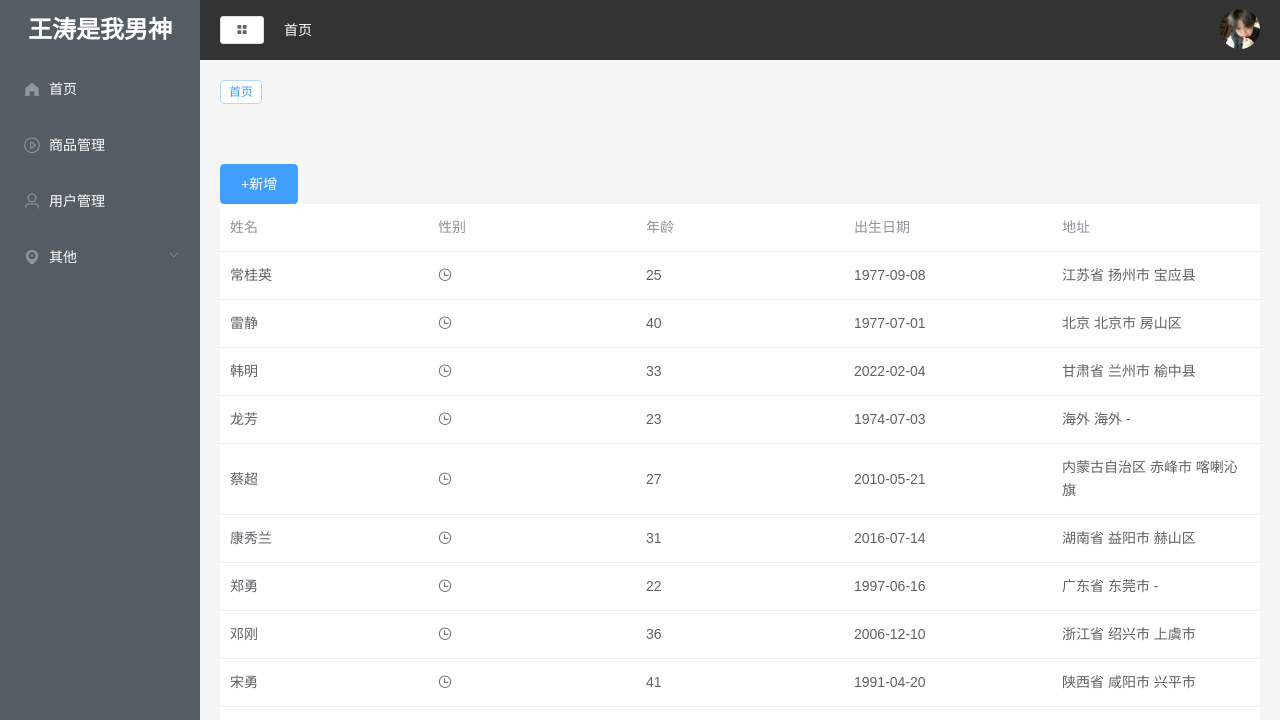
Repository: wangtao20230308/-
Page: /user
An editor plug-in stored every save of this project. The page is shown before and after the next save, followed by the edit.
The browser window is 1280 px wide. The pictures show the whole page.
An inner scrolling area shows only its first screen. The project was rebuilt for these pictures with package versions that can differ from the ones it lists, and the page was loaded fresh each time. Also part of the build but not shown: src/views/Home.vue, src/views/Mall.vue, src/views/PageOne.vue, src/views/PageTwo.vue.

Above is the page before, as saved 2023-03-24 15:22:23.

### src/main.js
import Vue from 'vue'
import App from './App.vue'
// //element-ui全局引入
// import ElementUI from 'element-ui';
// import 'element-ui/lib/theme-chalk/index.css';
// //element-ui转换成一个插件
// Vue.use(ElementUI);

//ele按需导入
import { DatePicker, Select, Option, Form, FormItem, Input, Dialog, Tag, Breadcrumb, BreadcrumbItem, Table, TableColumn, Col, Row, Card, Button, Radio, Container, Aside, Header, Main, Menu, Submenu, MenuItemGroup, MenuItem, Dropdown, DropdownMenu, DropdownItem } from 'element-ui'
import 'element-ui/lib/theme-chalk/index.css'
import './assets/less/index.less'
Vue.use(Button)
Vue.use(Radio)
Vue.use(Container)
Vue.use(Aside)
Vue.use(Header)
Vue.use(Main)
Vue.use(Menu)
Vue.use(Submenu)
Vue.use(MenuItemGroup)
Vue.use(MenuItem)
Vue.use(Dropdown)
Vue.use(DropdownMenu)
Vue.use(DropdownItem)
Vue.use(Card)
Vue.use(Row)
Vue.use(Col)
Vue.use(Table)
Vue.use(TableColumn)
Vue.use(Breadcrumb)
Vue.use(BreadcrumbItem)
Vue.use(Tag)
Vue.use(Dialog)
Vue.use(Form)
Vue.use(FormItem)
Vue.use(Input)
Vue.use(Select)
Vue.use(Option)
Vue.use(DatePicker)

//路由引入
import router from './router'
import store from './store'
import './api/mock'

Vue.config.productionTip = false

new Vue({
  router,
  store, //把store挂载到vue实例上
  render: (h) => h(App),
}).$mount('#app')

### src/App.vue
<template>
  <div id="app">
    <router-view></router-view>
  </div>
</template>

<script>
//import HelloWorld from './components/HelloWorld.vue'

export default {
  name: 'App',
  components: {
    //HelloWorld
  },
}
</script>

<style lang="less">
html,
body,
h3,
p {
  padding: 0;
  margin: 0;
}
#app {
  height: 100vh;
}
</style>

### src/router/index.js
//import { hasOwnMetadata } from 'core-js/fn/reflect'
import Vue from 'vue'
import VueRouter from 'vue-router'
import Main from '../views/Main.vue'
import Home from '../views/Home.vue'
import User from '../views/User.vue'
import Mall from '../views/Mall.vue'
import PageOne from '../views/PageOne.vue'
import PageTwo from '../views/PageTwo.vue'

Vue.use(VueRouter)

const routes = [
  //主路由
  {
    path: '/',
    name: 'Main',
    //按需引入组件
    //原型：component: import()
    component: Main,
    redirect: '/home',
    children: [
      //子路由（嵌套路由）
      {
        //首页
        path: 'home',
        name: 'home',
        component: Home,
      },
      {
        //用户页
        path: 'user',
        name: 'user',
        component: User,
      },
      {
        //商品管理
        path: 'mall',
        name: 'mall',
        component: Mall,
      },
      {
        //页面1
        path: 'page1',
        name: 'page1',
        component: PageOne,
      },
      {
        //页面2
        path: 'page2',
        name: 'page2',
        component: PageTwo,
      },
      // {
      //   path: '/user',
      //   name: 'user',
      //   //按需引入组件
      //   //原型：component: import()
      //   component: () => import('../views/User')
      // }
    ],
  },
]

// new VueRouter({
//   mode: 'history',
// })
const router = new VueRouter({
  mode: 'history',
  routes,
})

//导出路由
export default router

### src/store/index.js
import Vue from 'vue'
import Vuex from 'vuex'
import tab from './tab'

//全局注入状态管理vuex
Vue.use(Vuex)

//创建vuex的实例
export default new Vuex.Store({
  modules: {
    tab,
  },
})

### src/api/mock.js
import Mock from 'mockjs'
import homeApi from './mockServeData/home'
import user from './mockServeData/user'

//定义mock请求拦截
// Mock.mock('/api/home/getData', 'get', function () {
//   //拦截到请求后的处理逻辑
//   console.log('拦截到了')
//   return 1
// })
Mock.mock('/api/home/getData', 'get', homeApi.getStatisticalData)

//用户列表的数据
Mock.mock('/api/user/add', 'post', user.createUser) //新增
Mock.mock('/api/user/edit', 'post', user.updateUser) //编辑
Mock.mock('/api/user/del', 'post', user.deleteUser) //删除
Mock.mock('/api/user/getUser', 'get', user.getUserList) //获取表格数据

### src/assets/less/home.less
.home {
    .user {
      display: flex;
      align-items: center;
      padding-bottom: 20px;
      margin-bottom: 20px;
      border-bottom: 1px solid #ccc;
      img {
        width: 150px;
        height: 150px;
        border-radius: 50%;
        margin-right: 40px;
      }
      &info {
        .name {
          font-size: 32px;
          margin-bottom: 10px;
        }
        .access {
          color: #999999;
        }
      }
    }
    .login-info {
      p {
        line-height: 28px;
        font-size: 14px;
        color: #999999;
        span {
          color: #666666;
          margin-left: 60px;
        }
      }
    }
    .num {
      display: flex;
      flex-wrap: wrap;
      justify-content: space-between;
      .el-card {
        width: 32%;
        margin-bottom: 20px;
      }
      .icon {
        font-size: 30px;
        width: 80px;
        height: 80px;
        text-align: center;
        line-height: 80px;
        color: #fff;
      }
      .detail {
        margin-left: 15px;
        display: flex;
        flex-direction: column;
        justify-content: center;
        .num {
          font-size: 30px;
          margin-bottom: 10px;
        }
        .txt {
          font-size: 14px;
          text-align: center;
          color: #999999;
        }
      }
    }
    .graph {
      margin-top: 20px;
      display: flex;
      justify-content: space-between;
      .el-card {
        width: 48%;
      }
    }
  }

### src/views/Main.vue
<template>
  <el-container style="height: 100%">
    <el-aside width="auto">
      <!-- aside -->
      <common-aside></common-aside>
    </el-aside>
    <el-container>
      <el-header>
        <!-- Header -->
        <common-header></common-header>
      </el-header>
      <common-tag />
      <el-main>
        <!-- 路由出口，匹配到的组件都渲染在这里 -->
        <router-view></router-view>
      </el-main>
    </el-container>
  </el-container>
</template>

<script>
import CommonAside from '../components/CommonAside.vue'
import CommonHeader from '../components/CommonHeader.vue'
import commonTag from '../components/commonTag.vue'
export default {
  name: 'Main',
  components: {
    CommonAside,
    CommonHeader,
    commonTag,
  },
  data() {
    return {}
  },
}
</script>

<style lang="less" scoped>
.el-header {
  background-color: #333;
}
// .el-main {
//   padding-top: 0;
// }
</style>

### src/views/User.vue
<template>
  <div>
    <div class="manage">
      <el-dialog title="提示" :visible.sync="dialogVisible" width="50%" :before-close="handleClose">
        <!-- 用户的表单信息 -->
        <el-form ref="form" :model="form" label-width="80px" :inline="true" :rules="rules">
          <el-form-item label="姓名" prop="name">
            <el-input placeholder="请输入姓名" v-model="form.name"></el-input>
          </el-form-item>
          <el-form-item label="年龄" prop="age">
            <el-input placeholder="请输入年龄" v-model="form.age"></el-input>
          </el-form-item>
          <el-form-item label="性别" prop="sex">
            <el-select v-model="form.sex" placeholder="请选择">
              <el-option label="男" value="1"></el-option>
              <el-option label="女" value="0"></el-option>
            </el-select>
          </el-form-item>
          <el-form-item label="出生日期" prop="birth">
            <el-date-picker v-model="form.birth" type="datetime" placeholder="选择日期时间"> </el-date-picker>
          </el-form-item>
          <el-form-item label="地址" prop="addr">
            <el-input placeholder="请输入地址" v-model="form.addr"></el-input>
          </el-form-item>
        </el-form>
        <span slot="footer" class="dialog-footer">
          <el-button @click="cancel">取 消</el-button>
          <el-button type="primary" @click="submit">确 定</el-button>
        </span>
      </el-dialog>
    </div>
    <div class="manage-header">
      <el-button type="primary" @click="dialogVisible = true">+新增</el-button>
      <el-table :data="tableData" style="width: 100%">
        <el-table-column prop="name" label="姓名"> </el-table-column>
        <el-table-column prop="sexLabel" label="性别">
          <template slot-scope="scope">
            <i class="el-icon-time"></i>
            <span style="margin-left: 10px">{{ scope.row.date }}</span>
          </template>
        </el-table-column>
        <el-table-column prop="age" label="年龄"> </el-table-column>
        <el-table-column prop="birth" label="出生日期"> </el-table-column>
        <el-table-column prop="addr" label="地址"> </el-table-column>
      </el-table>
    </div>
  </div>
</template>
<script>
import { getUser } from '../api'
export default {
  name: 'User',
  data() {
    return {
      dialogVisible: false,
      form: {
        name: '',
        age: '',
        sex: '',
        birth: '',
        addr: '',
      },
      rules: {
        name: [{ required: true, message: '请输入姓名', trigger: 'blur' }],
        age: [{ required: true, message: '请输入年龄', trigger: 'blur' }],
        sex: [{ required: true, message: '请选择性别', trigger: 'blur' }],
        birth: [{ required: true, message: '请输入出生日期', trigger: 'blur' }],
        addr: [{ required: true, message: '请输入地址', trigger: 'blur' }],
      },
      tableData: [],
    }
  },
  methods: {
    //提交用户表单
    submit() {
      this.$refs.form.validate((valid) => {
        //判断是否校验，参数valid为boolean值
        if (valid) {
          //校验成功，后续对表单的处理
          console.log(valid, 'valid')
          console.log(this.form, '拿到表单提交后的form数据')

          this.$refs.form.resetFields()
          //关闭弹窗
          this.dialogVisible = false
        }
      })
    },
    handleClose() {
      this.$refs.form.resetFields()
      this.dialogVisible = false
    },
    cancel() {
      this.handleClose()
    },
    // cancel() {
    //   this.$refs.form.resetFields()
    //   this.dialogVisible = false
    // },
  },
  mounted() {
    // 获取列表数据
    getUser().then(({ data }) => {
      console.log(data, 'data')
      this.tableData = data.list
    })
  },
}
</script>

<style></style>

### src/store/tab.js
//用来管理菜单的数据
export default {
  state: {
    isCollapse: false, // 控制菜单的展开还是收起
    tabsList: [
      {
        path: '/',
        name: 'home',
        label: '首页',
        icon: 's-home',
        url: 'Home/Home',
      },
    ], //面包屑数据
  },
  mutations: {
    //修改菜单展开收起的方法
    collapseMenu(state) {
      state.isCollapse = !state.isCollapse
    },
    //更新面包屑数据
    selectMenu(state, val) {
      //判断添加的数据是否为首页
      if (val.name !== 'home') {
        const index = state.tabsList.findIndex((item) => item.name === val.name)
        //如果不存在
        if (index === -1) {
          state.tabsList.push(val)
        }
      }
    },
    //删除指定的tag数据
    closeTag(state, item) {
      console.log(item, 'item')
      const index = state.tabsList.findIndex((val) => val.name === item.name)
      state.tabsList.splice(index, 1)
    },
  },
}

### src/api/mockServeData/home.js
// mock数据模拟
import Mock from 'mockjs'

// 图表数据
let List = []
export default {
  getStatisticalData: () => {
    //Mock.Random.float 产生随机数100到8000之间 保留小数 最小0位 最大0位
    for (let i = 0; i < 7; i++) {
      List.push(
        Mock.mock({
          苹果: Mock.Random.float(100, 8000, 0, 0),
          vivo: Mock.Random.float(100, 8000, 0, 0),
          oppo: Mock.Random.float(100, 8000, 0, 0),
          魅族: Mock.Random.float(100, 8000, 0, 0),
          三星: Mock.Random.float(100, 8000, 0, 0),
          小米: Mock.Random.float(100, 8000, 0, 0),
        })
      )
    }
    return {
      code: 20000,
      data: {
        // 饼图
        videoData: [
          {
            name: '小米',
            value: 2999,
          },
          {
            name: '苹果',
            value: 5999,
          },
          {
            name: 'vivo',
            value: 1500,
          },
          {
            name: 'oppo',
            value: 1999,
          },
          {
            name: '魅族',
            value: 2200,
          },
          {
            name: '三星',
            value: 4500,
          },
        ],
        // 柱状图
        userData: [
          {
            date: '周一',
            new: 5,
            active: 200,
          },
          {
            date: '周二',
            new: 10,
            active: 500,
          },
          {
            date: '周三',
            new: 12,
            active: 550,
          },
          {
            date: '周四',
            new: 60,
            active: 800,
          },
          {
            date: '周五',
            new: 65,
            active: 550,
          },
          {
            date: '周六',
            new: 53,
            active: 770,
          },
          {
            date: '周日',
            new: 33,
            active: 170,
          },
        ],
        // 折线图
        orderData: {
          date: ['20191001', '20191002', '20191003', '20191004', '20191005', '20191006', '20191007'],
          data: List,
        },
        //表格数据
        tableData: [
          {
            name: 'oppo',
            todayBuy: 500,
            monthBuy: 3500,
            totalBuy: 22000,
          },
          {
            name: 'vivo',
            todayBuy: 300,
            monthBuy: 2200,
            totalBuy: 24000,
          },
          {
            name: '苹果',
            todayBuy: 800,
            monthBuy: 4500,
            totalBuy: 65000,
          },
          {
            name: '小米',
            todayBuy: 1200,
            monthBuy: 6500,
            totalBuy: 45000,
          },
          {
            name: '三星',
            todayBuy: 300,
            monthBuy: 2000,
            totalBuy: 34000,
          },
          {
            name: '魅族',
            todayBuy: 350,
            monthBuy: 3000,
            totalBuy: 22000,
          },
        ],
      },
    }
  },
}

### src/api/mockServeData/user.js
import Mock from 'mockjs'

// get请求从config.url获取参数，post从config.body中获取参数
function param2Obj(url) {
  const search = url.split('?')[1]
  if (!search) {
    return {}
  }
  return JSON.parse('{"' + decodeURIComponent(search).replace(/"/g, '\\"').replace(/&/g, '","').replace(/=/g, '":"') + '"}')
}

let List = []
const count = 200

for (let i = 0; i < count; i++) {
  List.push(
    Mock.mock({
      id: Mock.Random.guid(),
      name: Mock.Random.cname(),
      addr: Mock.mock('@county(true)'),
      'age|18-60': 1,
      birth: Mock.Random.date(),
      sex: Mock.Random.integer(0, 1),
    })
  )
}

export default {
  /**
   * 获取列表
   * 要带参数 name, page, limt; name可以不填, page,limit有默认值。
   * @param name, page, limit
   * @return {{code: number, count: number, data: *[]}}
   */
  getUserList: (config) => {
    const { name, page = 1, limit = 20 } = param2Obj(config.url)
    console.log('name:' + name, 'page:' + page, '分页大小limit:' + limit)
    const mockList = List.filter((user) => {
      if (name && user.name.indexOf(name) === -1 && user.addr.indexOf(name) === -1) return false
      return true
    })
    const pageList = mockList.filter((item, index) => index < limit * page && index >= limit * (page - 1))
    return {
      code: 20000,
      count: mockList.length,
      list: pageList,
    }
  },
  /**
   * 增加用户
   * @param name, addr, age, birth, sex
   * @return {{code: number, data: {message: string}}}
   */
  createUser: (config) => {
    const { name, addr, age, birth, sex } = JSON.parse(config.body)
    console.log(JSON.parse(config.body))
    List.unshift({
      id: Mock.Random.guid(),
      name: name,
      addr: addr,
      age: age,
      birth: birth,
      sex: sex,
    })
    return {
      code: 20000,
      data: {
        message: '添加成功',
      },
    }
  },
  /**
   * 删除用户
   * @param id
   * @return {*}
   */
  deleteUser: (config) => {
    const { id } = JSON.parse(config.body)
    if (!id) {
      return {
        code: -999,
        message: '参数不正确',
      }
    } else {
      List = List.filter((u) => u.id !== id)
      return {
        code: 20000,
        message: '删除成功',
      }
    }
  },
  /**
   * 批量删除
   * @param config
   * @return {{code: number, data: {message: string}}}
   */
  batchremove: (config) => {
    let { ids } = param2Obj(config.url)
    ids = ids.split(',')
    List = List.filter((u) => !ids.includes(u.id))
    return {
      code: 20000,
      data: {
        message: '批量删除成功',
      },
    }
  },
  /**
   * 修改用户
   * @param id, name, addr, age, birth, sex
   * @return {{code: number, data: {message: string}}}
   */
  updateUser: (config) => {
    const { id, name, addr, age, birth, sex } = JSON.parse(config.body)
    const sex_num = parseInt(sex)
    List.some((u) => {
      if (u.id === id) {
        u.name = name
        u.addr = addr
        u.age = age
        u.birth = birth
        u.sex = sex_num
        return true
      }
    })
    return {
      code: 20000,
      data: {
        message: '编辑成功',
      },
    }
  },
}

### src/components/CommonAside.vue
<template>
  <el-menu default-active="1-4-1" class="el-menu-vertical-demo" @open="handleOpen" @close="handleClose" :collapse="isCollapse" background-color="#545c64" text-color="#fff" active-text-color="#ffd04b">
    <h3>{{ isCollapse ? '王涛' : '王涛是我男神' }}</h3>
    <el-menu-item @click="clickMenu(item)" v-for="item in noChildrenMenu" :key="item.name" :index="item.name">
      <i :class="`el-icon-${item.icon}`"></i>
      <span slot="title">{{ item.label }}</span>
    </el-menu-item>
    <el-submenu v-for="item in hasChildrenMenu" :key="item.label" :index="item.label">
      <template slot="title">
        <i :class="`el-icon-${item.icon}`"></i>
        <span slot="title">{{ item.label }}</span>
      </template>
      <el-menu-item-group v-for="subItem in item.children" :key="subItem.path">
        <el-menu-item @click="clickMenu(subItem)" :index="subItem.path">{{ subItem.label }}</el-menu-item>
      </el-menu-item-group>
    </el-submenu>
  </el-menu>
</template>

<style lang="less">
.el-menu-vertical-demo:not(.el-menu--collapse) {
  width: 200px;
  min-height: 400px;
}
.el-menu {
  height: 100vh;
  border-right: none;
  h3 {
    color: #fff;
    // height: 48px;
    text-align: center;
    line-height: 60px;
    font-size: 24px;
    font-weight: 700;
    //喜欢哈哈哈
  }
}
</style>

<script>
export default {
  data() {
    return {
      // isCollapse: false,
      menuData: [
        {
          path: '/',
          name: 'home',
          label: '首页',
          icon: 's-home',
          url: 'Home/Home',
        },
        {
          path: '/mall',
          name: 'mall',
          label: '商品管理',
          icon: 'video-play',
          url: 'MallManage/MallManage',
        },
        {
          path: '/user',
          name: 'user',
          label: '用户管理',
          icon: 'user',
          url: 'UserManage/UserManage',
        },
        {
          label: '其他',
          icon: 'location',
          children: [
            {
              path: '/page1',
              name: 'page1',
              label: '页面1',
              icon: 'setting',
              url: 'Other/PageOne',
            },
            {
              path: '/page2',
              name: 'page2',
              label: '页面2',
              icon: 'setting',
              url: 'Other/PageTwo',
            },
          ],
        },
      ],
    }
  },
  methods: {
    handleOpen(key, keyPath) {
      console.log(key, keyPath)
    },
    handleClose(key, keyPath) {
      console.log(key, keyPath)
    },
    clickMenu(item) {
      console.log('======', item)
      if (this.$route.path !== item.path && !(this.$route.path === '/home' && item.path === '/')) this.$router.push(item.path)
      this.$store.commit('selectMenu', item)
    },
  },
  computed: {
    //没有子菜单的导航栏
    noChildrenMenu() {
      return this.menuData.filter((item) => !item.children)
    },
    //有子菜单的导航栏-->其他
    hasChildrenMenu() {
      return this.menuData.filter((item) => item.children)
    },
    isCollapse() {
      return this.$store.state.tab.isCollapse
    },
  },
}
</script>

### src/components/CommonHeader.vue
<template>
  <header>
    <div class="l-content">
      <el-button plain icon="el-icon-menu" size="mini" @click="handleMenu"></el-button>
      <!-- 面包屑 -->
      <el-breadcrumb separator="/">
        <el-breadcrumb-item v-for="item in tags" :key="item.path" :to="{ path: item.path }">{{ item.label }}</el-breadcrumb-item>
      </el-breadcrumb>
    </div>
    <div class="r-content">
      <el-dropdown trigger="click" size="mini">
        <span>
          <img class="user" :src="userImg" />
        </span>
        <el-dropdown-menu slot="dropdown">
          <el-dropdown-item>个人中心</el-dropdown-item>
          <el-dropdown-item>退出</el-dropdown-item>
        </el-dropdown-menu>
      </el-dropdown>
    </div>
  </header>
</template>

<script>
import { mapState } from 'vuex'
export default {
  name: 'CommonHeader',
  data() {
    return {
      userImg: require('../assets/images/user.png'),
    }
  },
  methods: {
    handleMenu() {
      this.$store.commit('collapseMenu')
    },
  },
  computed: {
    ...mapState({
      tags: (state) => state.tab.tabsList,
    }),
  },
}
</script>

<style lang="less" scoped>
header {
  display: flex;
  height: 100%;
  justify-content: space-between;
  align-items: center;
}
.l-content {
  display: flex;
  align-items: center;
  .el-button {
    margin-right: 20px;
  }
  /deep/ .el-breadcrumb__item {
    .el-breadcrumb__inner {
      font-style: normal;
      &.is-link {
        color: #666;
      }
    }
    &:last-child {
      .el-breadcrumb__inner {
        color: #fff;
      }
    }
  }
}
.r-content {
  .user {
    width: 40px;
    height: 40px;
    border-radius: 50%;
  }
}
</style>

### src/components/commonTag.vue
<template>
  <div class="tabs">
    <el-tag v-for="(item, index) in tags" :key="item.path" :effect="$route.name === item.name ? 'dark' : 'plain'" :closable="item.name !== 'home'" @click="changeMenu(item)" @close="handleClose(item, index)" size="small">
      {{ item.label }}
    </el-tag>
  </div>
</template>

<script>
import { mapState, mapMutations } from 'vuex'
export default {
  name: 'CommonTag',
  data() {
    return {}
  },
  computed: {
    ...mapState({
      tags: (state) => state.tab.tabsList,
    }),
  },
  methods: {
    ...mapMutations(['closeTag']),
    //点击tag跳转的功能
    changeMenu(item) {
      this.$router.push({ name: item.name })
    },
    //点击tag删除的功能
    handleClose(item, index) {
      // 调用store中的mutations
      this.closeTag(item)
      const length = this.tags.length
      //删除之后的跳转逻辑，1.删除非激活标签
      if (item.name !== this.$route.name) {
        return
      }
      //2.表示删除的最后一项激活标签
      if (index === length) {
        this.$router.push({ name: this.tags[index - 1].name })
      } else {
        this.$router.push({ name: this.tags[index].name })
      }
    },
  },
}
</script>

<style lang="less" scoped>
.tabs {
  padding: 20px;
  .el-tag {
    margin-right: 15px;
    cursor: pointer;
  }
}
</style>

### src/api/index.js
import http from '../utils/requst'

//请求首页数据
export const getData = () => {
  //返回一个promise对象,/home/getData这个链接由后端提供的get(请求链接，请求参数)
  return http.get('/home/getData')
}

//获取用户user页的列表、新增、编辑、删除数据
export const getUser = (params) => {
  return http.get('/user/getUser', params)
}

export const addUser = (data) => {
  return http.post('/user/add', data)
}

export const editUser = (data) => {
  return http.get('/user/edit', data)
}

export const delUser = (data) => {
  return http.get('/user/del', data)
}

### src/utils/requst.js
// axios的二次封装
import axios from 'axios'

//创建实列
const http = axios.create({
  //通用请求地址的前缀
  baseURL: '/api',
  //超时时间，就是最大的请求时间是多少
  timeout: 10000,
})

// 从axios中文官方文档直接copy，添加请求拦截器
http.interceptors.request.use(
  function (config) {
    // 在发送请求之前做些什么
    return config
  },
  function (error) {
    // 对请求错误做些什么
    return Promise.reject(error)
  }
)

// 添加响应拦截器
http.interceptors.response.use(
  function (response) {
    // 对响应数据做点什么
    return response
  },
  function (error) {
    // 对响应错误做点什么
    return Promise.reject(error)
  }
)

export default http

Loaded but not shown: public/index.html (common file); src/assets/less/index.less (common file); src/assets/less/common.less (common file); src/assets/less/reset.less (common file)

After the next save:
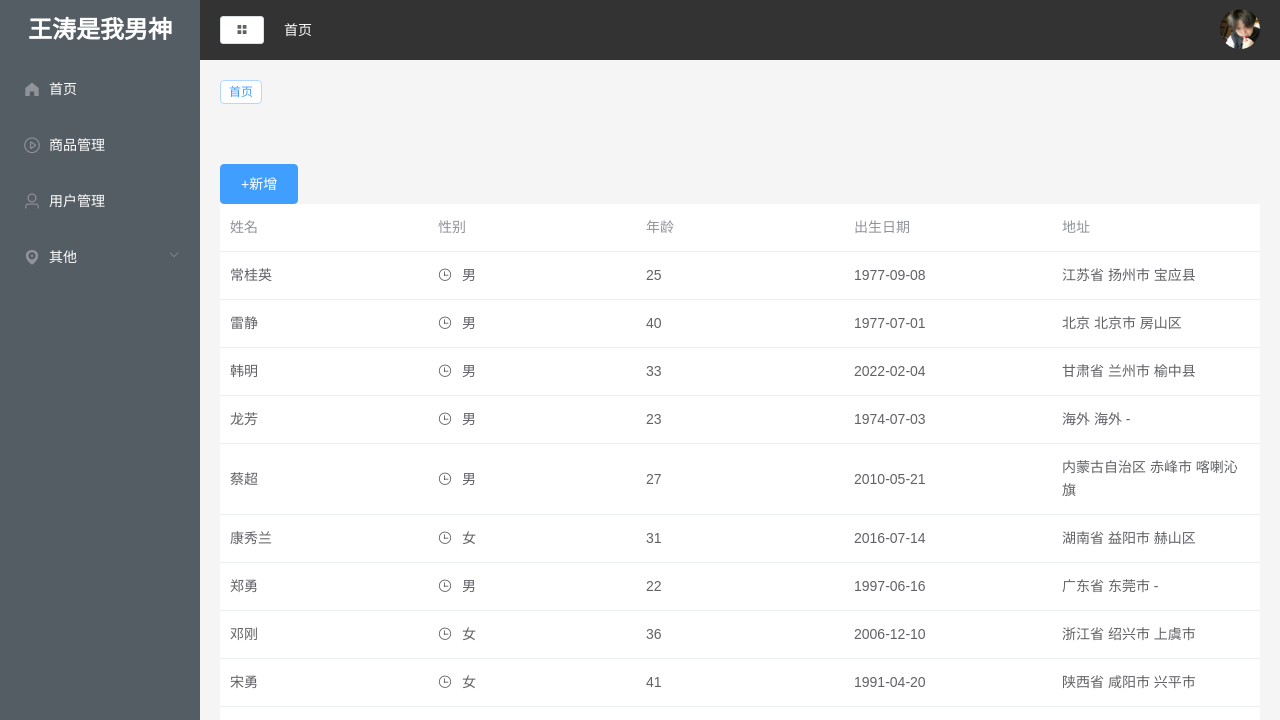
Saved 70 s later.
--- a/src/views/User.vue
+++ b/src/views/User.vue
@@ -33,10 +33,10 @@
       <el-button type="primary" @click="dialogVisible = true">+新增</el-button>
       <el-table :data="tableData" style="width: 100%">
         <el-table-column prop="name" label="姓名"> </el-table-column>
-        <el-table-column prop="sexLabel" label="性别">
+        <el-table-column prop="sex" label="性别">
           <template slot-scope="scope">
             <i class="el-icon-time"></i>
-            <span style="margin-left: 10px">{{ scope.row.date }}</span>
+            <span style="margin-left: 10px">{{ scope.row.sex === 1 ? '男' : '女' }}</span>
           </template>
         </el-table-column>
         <el-table-column prop="age" label="年龄"> </el-table-column>
